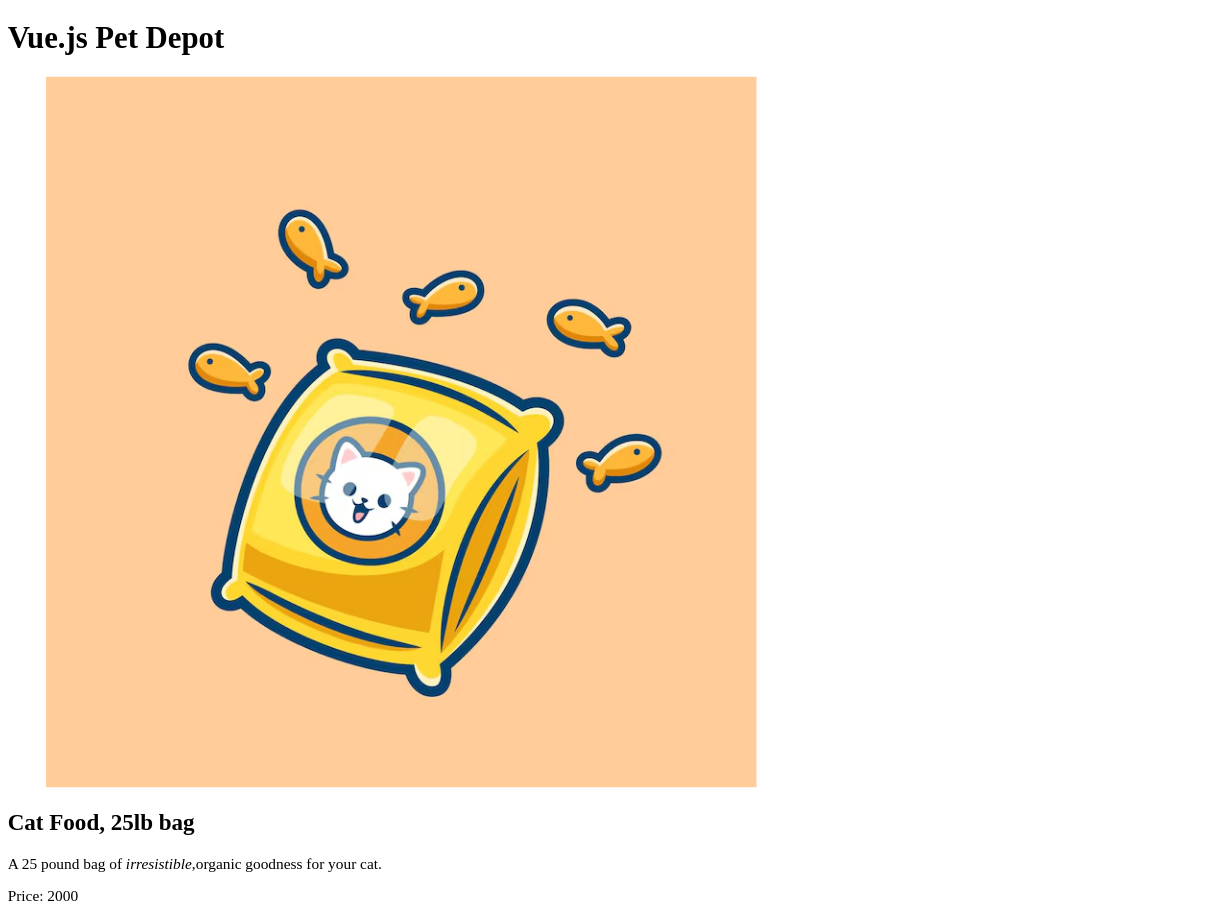
Repository: Littlemoongirl/CST3145-learn-git
Page: FullStack-Week2-Lec-PetStore.html
These files come from the project's save history. The page is drawn as it stood at one moment and after the next save; the edit follows.
The browser window is 1280 px wide. The pictures show the whole page, at 96% of full size.
Some web libraries are served in a nearby version.

Above is the page before, as saved 2026-09-30 14:53:55.

### FullStack-Week2-Lec-PetStore.html
<!DOCTYPE html>
<html lang="en">
    <head>
       <title>Vue.js Pet Depot</title>
        <!-- Load Vue.js from a server (so no local file is needed) -->
        <script src="https://unpkg.com/vue@2.7.8/dist/vue.js"></script>
    </head>
    <body>
        <!-- The element where Vue will mount -->
         <div id="app">
         <header>
            <h1 v-text="sitename"></h1>
        </header>
        <main>
            <figure>
                <!-- bind 'src' attr to 'product.image' in 'data' -->
                 <img v-bind:src="product.image">
                </figure>
                <h2 v-text="product.title"></h2>
                <p v-html="product.description"></p>
                <!-- The double curly brackets is used instead of 'v-text' -->
                 <p>Price: {{product.price}}</p>
                </main>
            </div>
         <script type="text/javascript">
                 let webstore = new Vue({ // The Vue instance
                         el: '#app', // <=== Don't forget this comma // The 'option object': DOM mounting point
                         data: { // the 'data' option
                         // the key 'sitename' matches the value of 'v-text' earlier
                         sitename: 'Vue.js Pet Depot',
                         product: {
                            id: 1001,
                            title: "Cat Food, 25lb bag",
                            description: "A 25 pound bag of <em>irresistible</em>," + "organic goodness for your cat.",
                            price: 2000,
                            image: "images/product-fullsize.png.avif"
                         },
                         cart:[] // array to store items in shopping cart
                        }

                 });


         </script>
    </body>
</html>

After the next save:
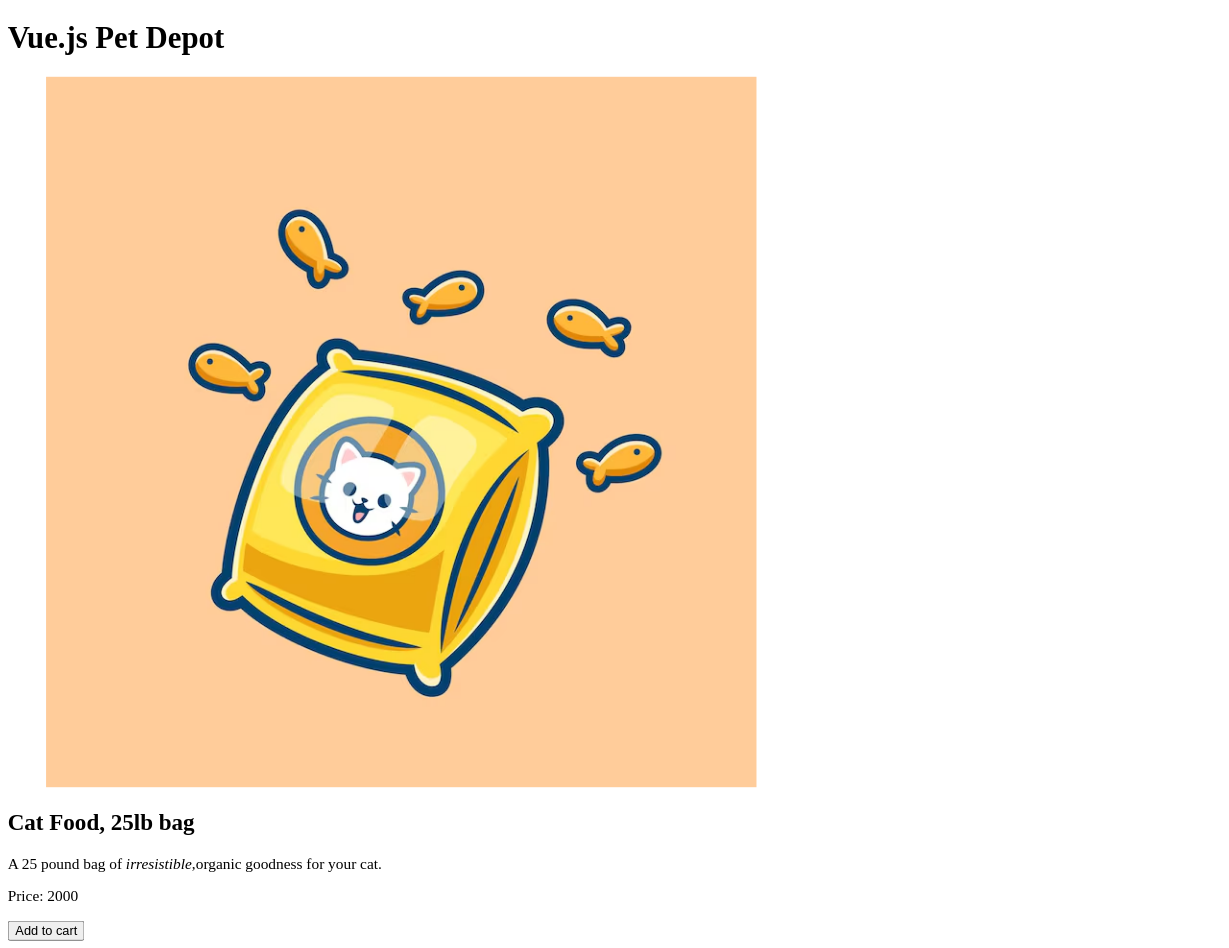
Saved 8 min 45 s later.
--- a/FullStack-Week2-Lec-PetStore.html
+++ b/FullStack-Week2-Lec-PetStore.html
@@ -20,7 +20,10 @@
                 <p v-html="product.description"></p>
                 <!-- The double curly brackets is used instead of 'v-text' -->
                  <p>Price: {{product.price}}</p>
-                </main>
+                 <button v-on:click="addToCart">
+                    Add to cart
+                </button>
+            </main>
             </div>
          <script type="text/javascript">
                  let webstore = new Vue({ // The Vue instance
@@ -34,8 +37,14 @@
                             description: "A 25 pound bag of <em>irresistible</em>," + "organic goodness for your cat.",
                             price: 2000,
                             image: "images/product-fullsize.png.avif"
+
                          },
                          cart:[] // array to store items in shopping cart
+                        },
+                        methods: {
+                            addToCart() {
+                                this.cart.push(this.product);
+                            }
                         }
 
                  });
